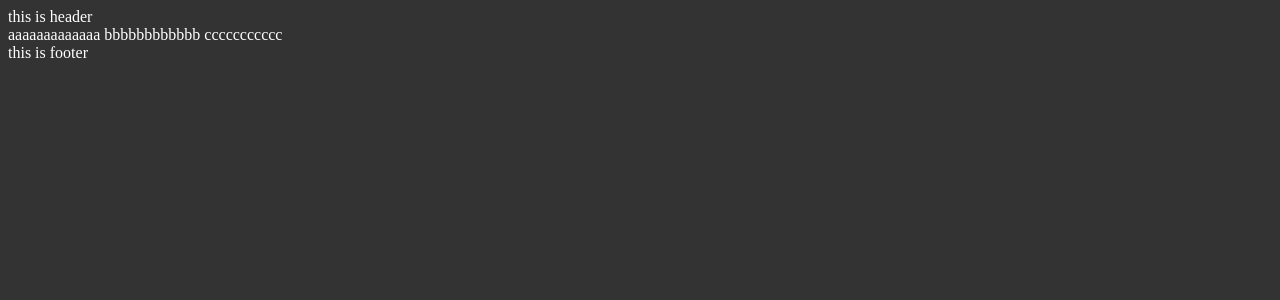
Repository: ksbsh27/multi_lingual
Page: index.html
These files come from the project's save history. The page is drawn as it stood at one moment and after a run of saves; the edit follows.
The browser window is 1280 px wide. The pictures show the whole page.
The style sheet was rebuilt from its Sass, Less or Tailwind sources for each picture, by a compiler version that may differ from the author's.

Above is the page before, as saved 2022-03-31 20:34:06.

### index.html
<!DOCTYPE html>
<html lang="jp">
<head>
    <meta charset="UTF-8">
    <meta http-equiv="X-UA-Compatible" content="IE=edge">
    <meta name="viewport" content="width=device-width, initial-scale=1.0">
    <title>develop</title>
    <link rel="stylesheet" href="./css/style.css">
</head>
<body>
    <header>this is header</header>
    <section>
        aaaaaaaaaaaaa
        bbbbbbbbbbbb
        ccccccccccc
    </section>
    <footer>this is footer</footer>
</body>
</html>

### sass/style.scss
body {
  color: #fff;
  background: #333;
}

After the next 3 saves:
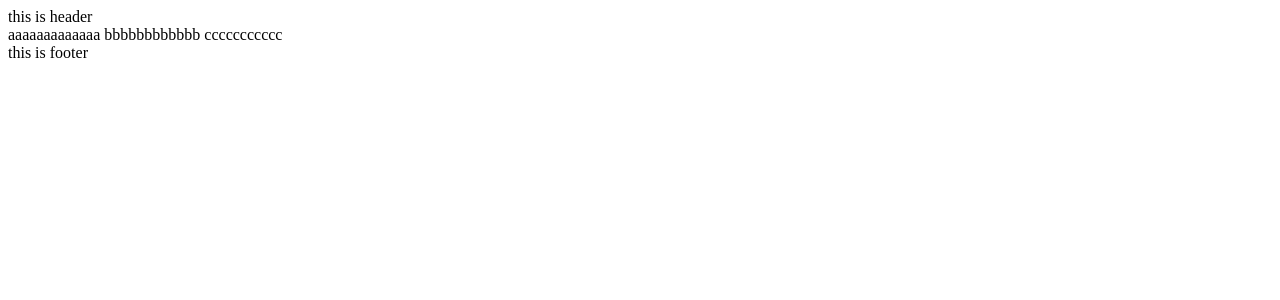
The 3 saves are shown as one change because they came seconds apart.
The last was saved 17 s later.
--- a/sass/style.scss
+++ b/sass/style.scss
@@ -1,3 +1,4 @@
+@im
 body {
   color: #fff;
   background: #333;
